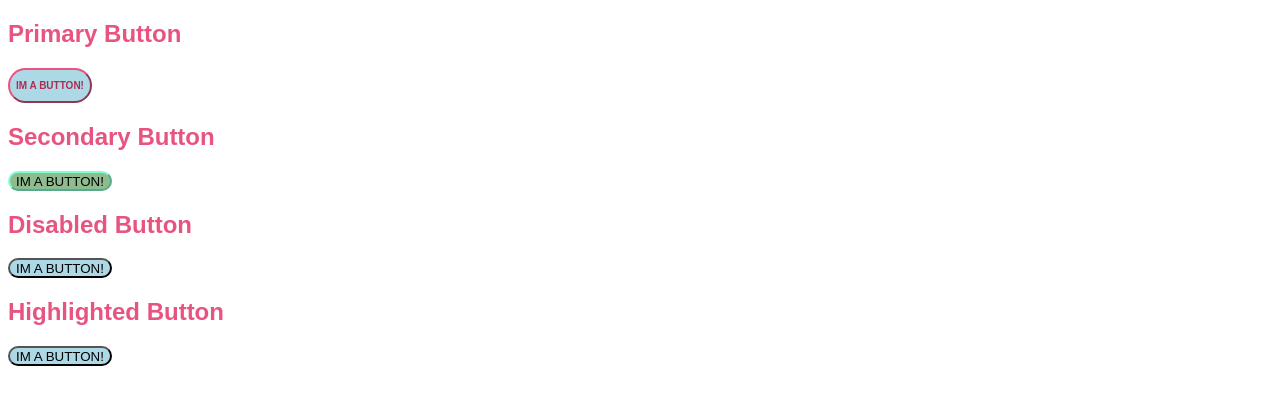
Repository: Jvien2/3126-repo
Page: index.html
The author's editor kept a copy of each file at every save. The page is drawn from the files as they stood at one save, then again after the next save.
The browser window is 1280 px wide. The pictures show the whole page.

Above is the page before, as saved 2026-10-01 01:06:59.
Not found: code.js

### index.html
<!DOCTYPE html>
<html lang="en">
<head>
    <meta charset="UTF-8">
    <meta name="viewport" content="width=device-width, initial-scale=1.0">
    <title>Assignment 1</title>
    <link rel="stylesheet" href="style.css">
    <script src="code.js" defer></script>
</head>
<body>
    <!-- regular button -->
    <!-- <h2>No Modifier</h2>
        <button class="btn">IM A BUTTON!</button> -->

    <!-- prmary -->
    <h2>Primary Button</h2>
        <button class="btn btn-primary">IM A BUTTON!</button>

    <!-- secondary -->
    <h2>Secondary Button</h2>
         <button class="btn btn-secondary">IM A BUTTON!</button>

    <!-- disabled -->
    <h2>Disabled Button</h2>
         <button class="btn btn-disabled">IM A BUTTON!</button>

    <!-- highlighted -->
    <h2>Highlighted Button</h2>
         <button class="btn btn-highlight">IM A BUTTON!</button>

</body>
</html>

### style.css
h2 {
    color: #e75480;
    font-family: Arial, Helvetica, sans-serif;
}

.btn {
    width: fit-content;
    height: 20px;
    border-radius: 20px;
    background-color: lightblue;

}

.btn-primary {
    color:#ab2e53;
    height: 35px;
    font-size: 10px;
    font-weight: bold;
    border-color: #e75480;
}


.btn-secondary {
     background-color:darkseagreen;
     border-color: aquamarine;
}

After the next save:
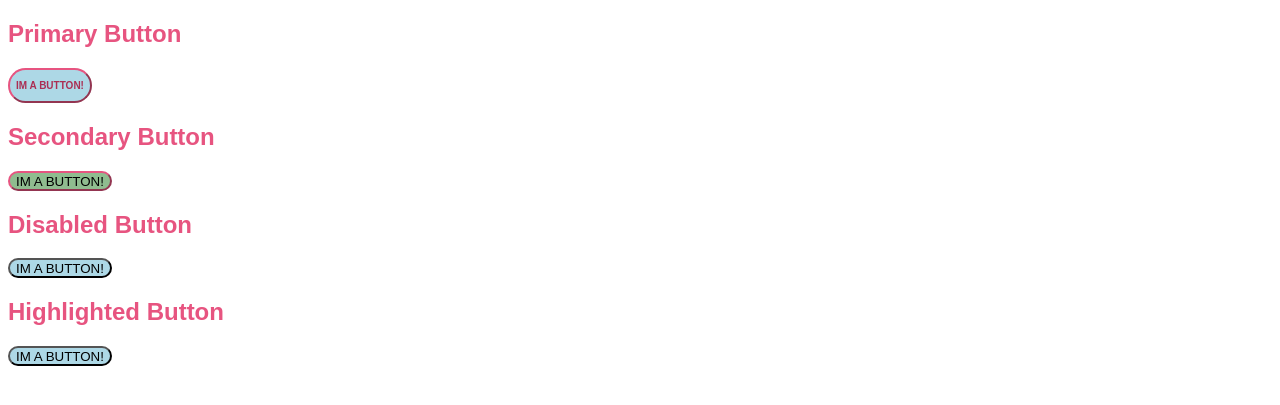
Saved 14 s later.
--- a/style.css
+++ b/style.css
@@ -22,5 +22,5 @@ h2 {
 
 .btn-secondary {
      background-color:darkseagreen;
-     border-color: aquamarine;
+     border-color: #e75480;
 }
